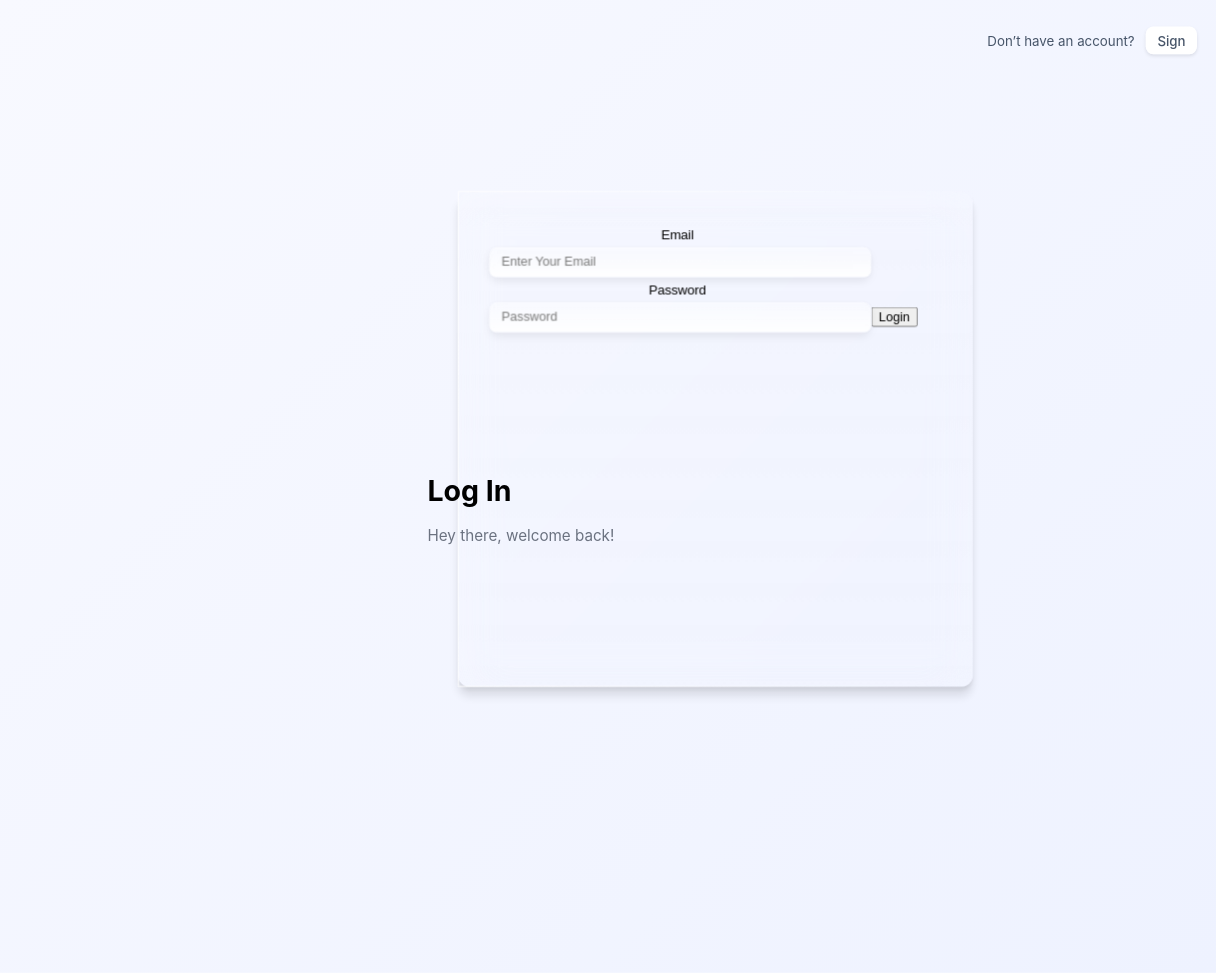
Repository: AfifaNoor/Admin_Panel-React-
Page: /
An editor plug-in stored every save of this project. The page is shown before and after the next save, followed by the edit.
The browser window is 1280 px wide. The pictures show the whole page, at 95% of full size.
The project was rebuilt for these pictures with package versions that can differ from the ones it lists, and the page was loaded fresh each time. Also part of the build but not shown: src/SignUp.jsx.

Above is the page before, as saved 2025-07-10 16:18:12.

After the next save:
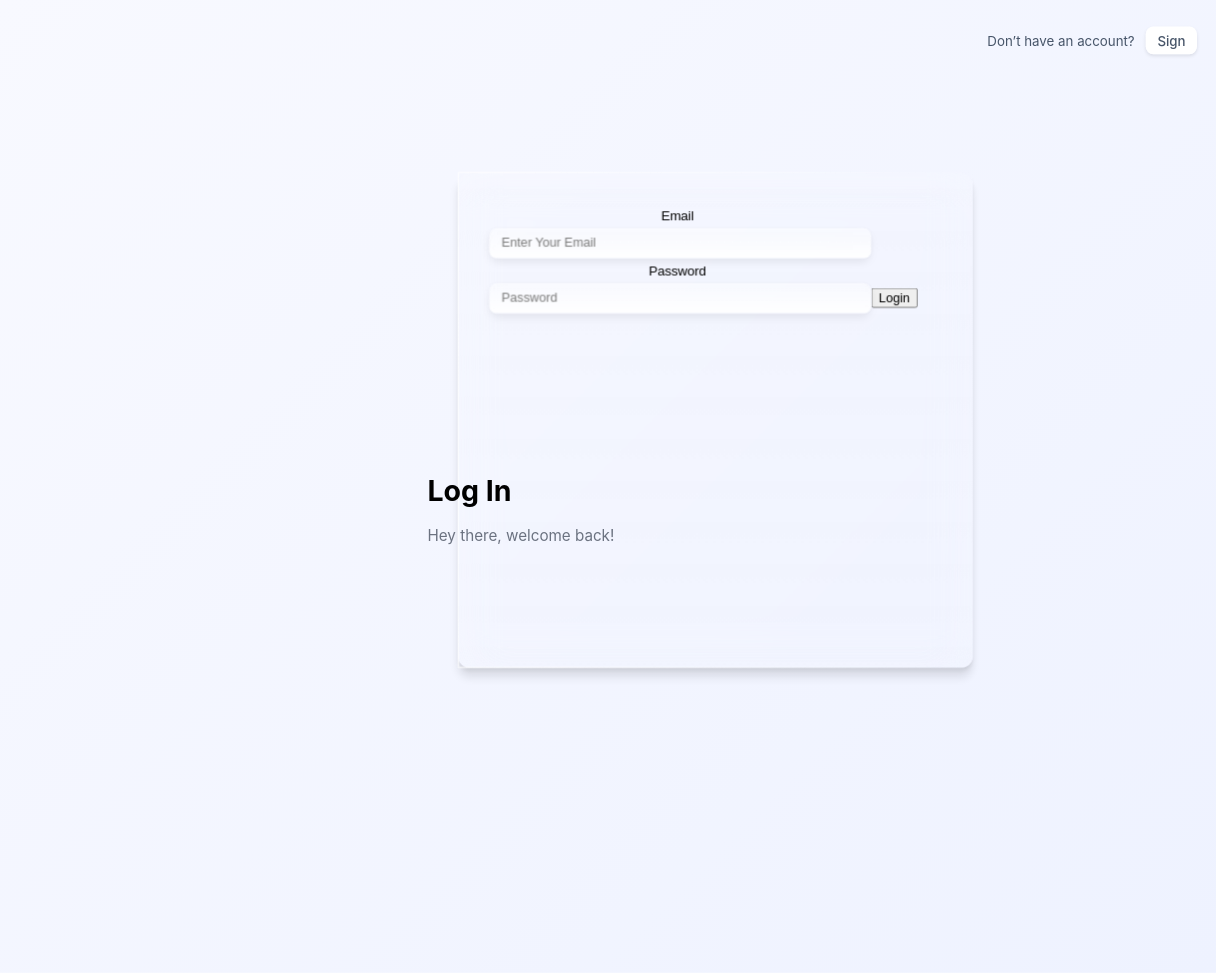
Saved 6 s later.
--- a/src/LoginPage.css
+++ b/src/LoginPage.css
@@ -74,7 +74,7 @@ margin-bottom: 8px;
   width: 476px;
   height: 456px;
   position: absolute;
-  top: 200.5px;
+  top: 180.5px;
   left: 482px;
   border-radius: 12px;
   padding: 32px;
